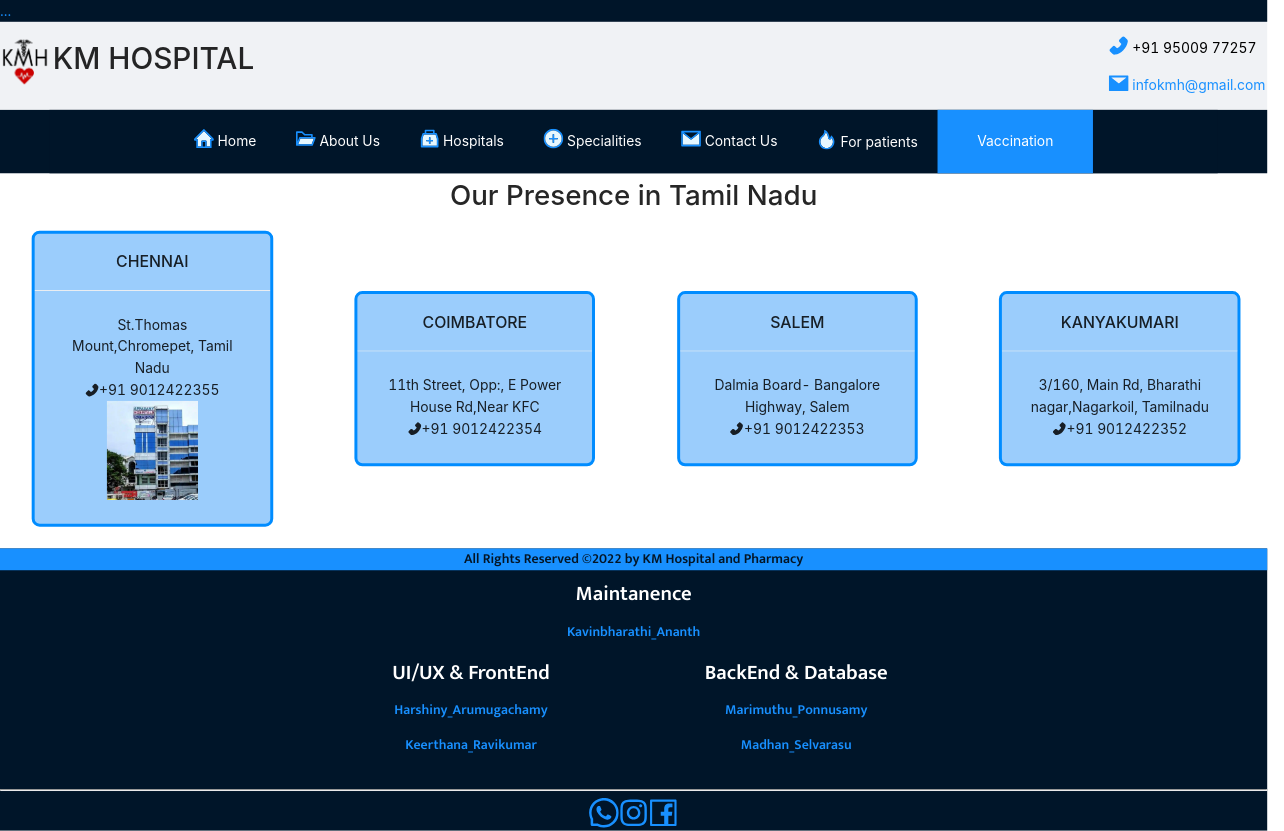
Repository: marimuthu1001/KHM-hospital
Page: /hospitals (app in km-hospital/)
These files come from the project's save history. The page is drawn as it stood at one moment and after the next save; the edit follows.
The browser window is 1280 px wide. The page is 1297 px wide, so the pictures cover 1297 px, including what lies to the right of the window. The pictures show the whole page, at 99% of full size.
The project was rebuilt for these pictures with package versions that can differ from the ones it lists, and the page was loaded fresh each time. Also part of the build but not shown: km-hospital/src/firebase.js, km-hospital/src/Pages/Home.jsx, km-hospital/src/Pages/ContactUs.jsx, km-hospital/src/Pages/AboutUS.jsx, km-hospital/src/Styles/Specialities.module.css, km-hospital/src/Pages/Specialities.jsx, km-hospital/src/Pages/For Patients/Bmi_Calculator.jsx, km-hospital/src/Styles/Appointment.module.css and 3 more.

Above is the page before, as saved 2022-01-27 15:17:00.

After the next save:
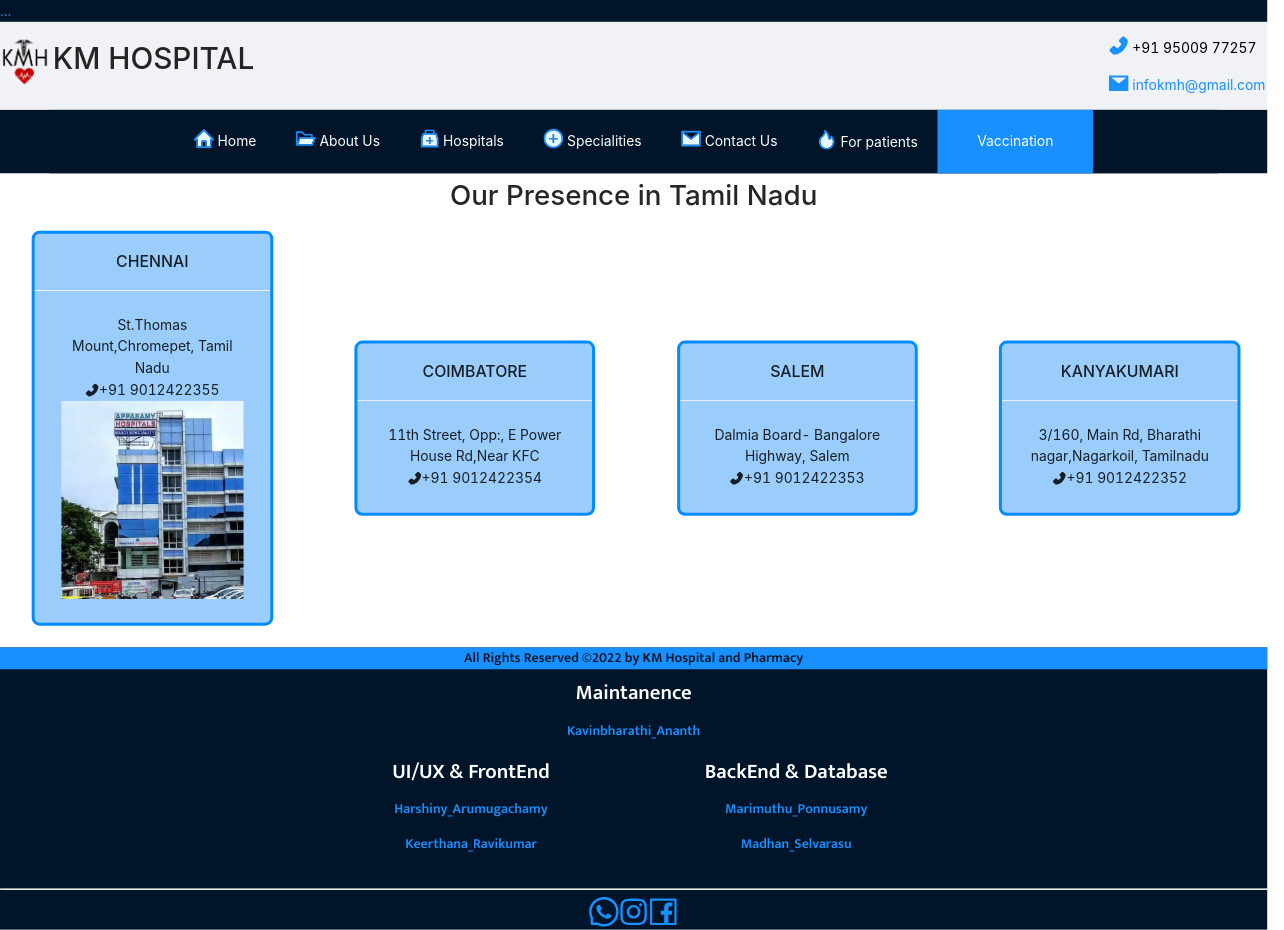
Saved 16 s later.
--- a/km-hospital/src/Pages/Hospitals.jsx
+++ b/km-hospital/src/Pages/Hospitals.jsx
@@ -12,7 +12,7 @@ function Hospitals() {
                         <Col  sm={{span:1}} md={{span:5}}  lg={{span:5}} >
                             <Card className={Styles.card} title="CHENNAI" bordered={true} hoverable={true}>
                             St.Thomas Mount,Chromepet, Tamil Nadu <br/> <PhoneFilled />+91 9012422355
-                            <img src={Img1} alt="Hospital"  widht={200} height={100}/>
+                            <img src={Img1} alt="Hospital"  widht={400} height={200}/>
                             </Card>
                         </Col>
                         <Col sm={{span:1}} md={{span:5}} lg={{span:5}} >
